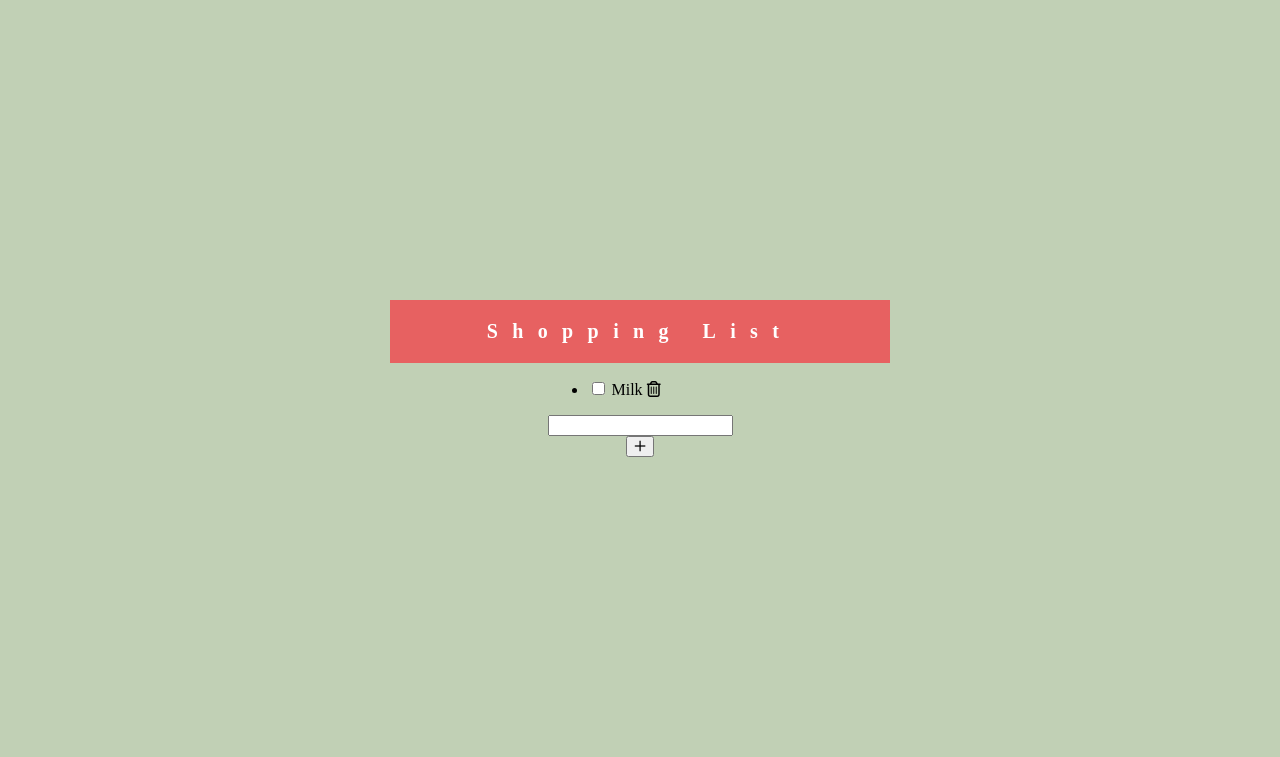
Repository: sephinejo/shopping-list-app
Page: index.html
The author's editor kept a copy of each file at every save. The page is drawn from the files as they stood at one save, then again after the next save.
The browser window is 1280 px wide. The pictures show the whole page.
Some web fonts or font styles are not loaded; a fallback is used. Some web libraries are served in a nearby version.

Above is the page before, as saved 2023-05-11 18:24:47.

After the next save:
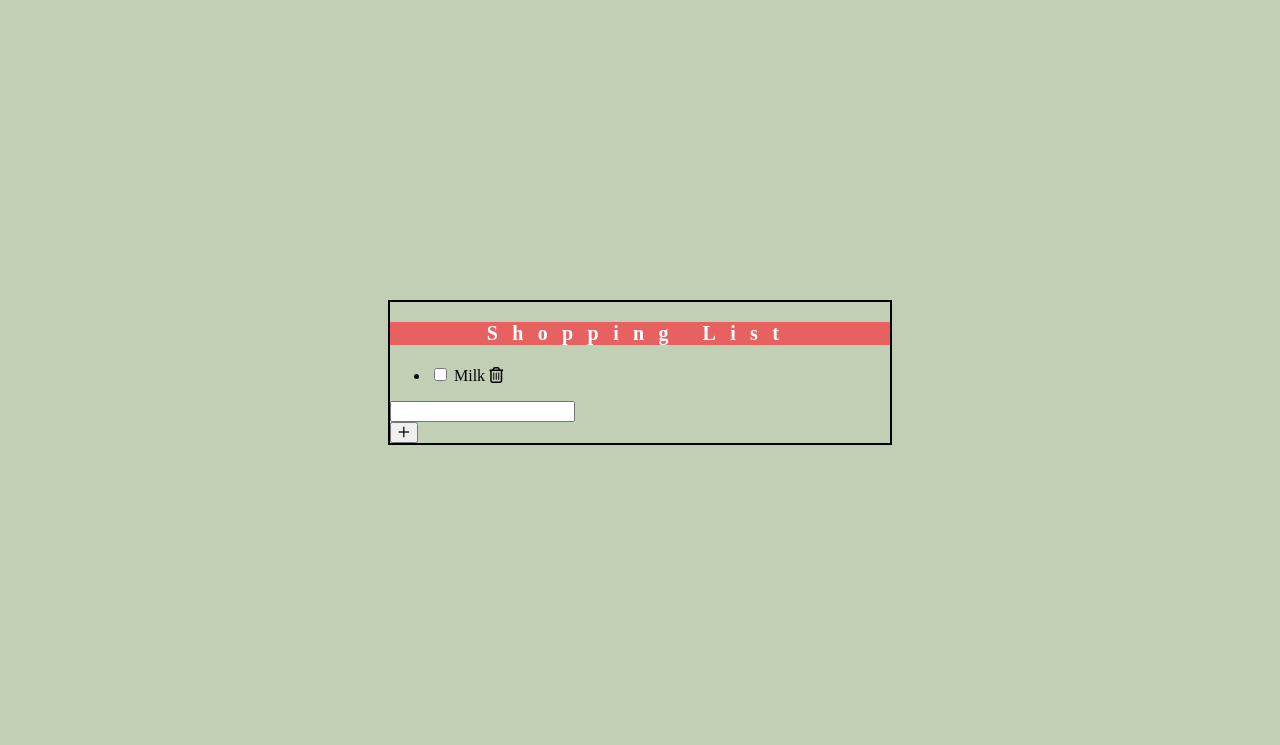
Saved 15 s later.
--- a/style.css
+++ b/style.css
@@ -6,7 +6,8 @@ body {
 .container {
   margin: 300px auto;
   width: 500px;
-  border-radius: 5px;
+  border: 2px solid black;
+  border-radius: 8px
   display: flex;
   flex-direction: column;
   align-items: center;
